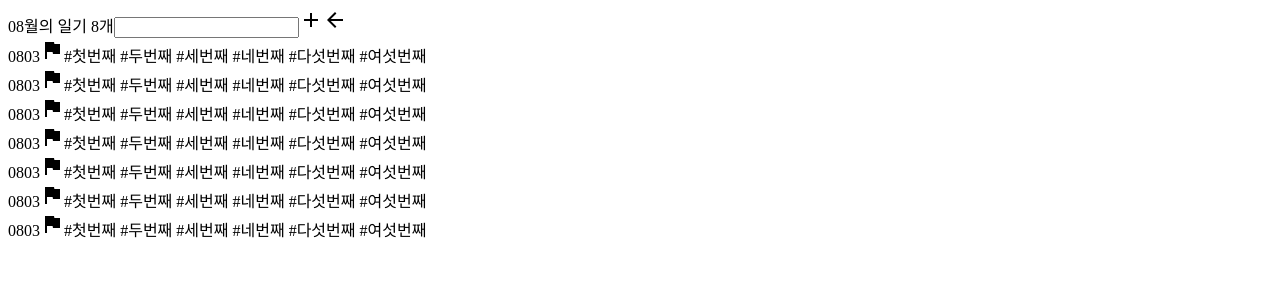
Repository: IMHANA/diary
Page: /list
These files come from the project's save history. The page is drawn as it stood at one moment and after the next save; the edit follows.
The browser window is 1280 px wide. The pictures show the whole page.
The project was rebuilt for these pictures with package versions that can differ from the ones it lists, and the page was loaded fresh each time. Also part of the build but not shown: src/App.css, src/pages/Main/main.js, src/pages/Month/month.css, src/pages/Month/month.js.

Above is the page before, as saved 2021-08-05 14:21:40.

After the next save:
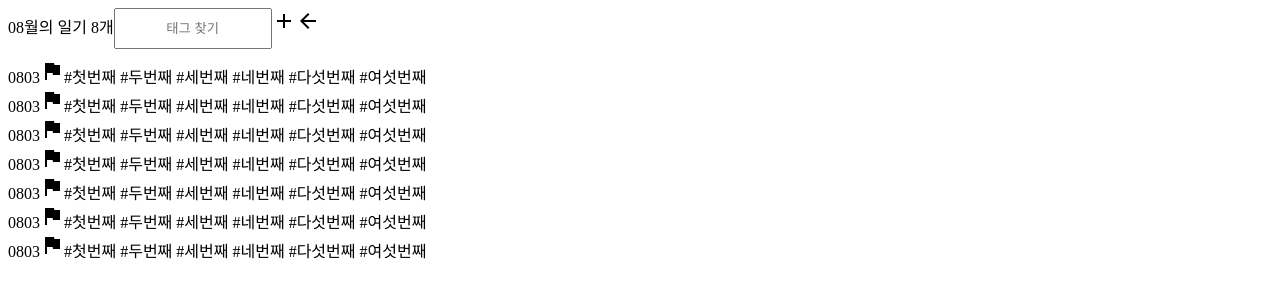
Saved 34 s later.
--- a/src/pages/DayList/dayList.js
+++ b/src/pages/DayList/dayList.js
@@ -7,7 +7,7 @@ export default class dayList extends Component {
             <div>
                 <div>
                     <span>08</span><span>월의 일기 8개</span>
-                    <input type='text'></input>
+                    <input type='text' placeholder="태그 찾기"></input>
                     <Add />
                     <ArrowBack />
                 </div>
